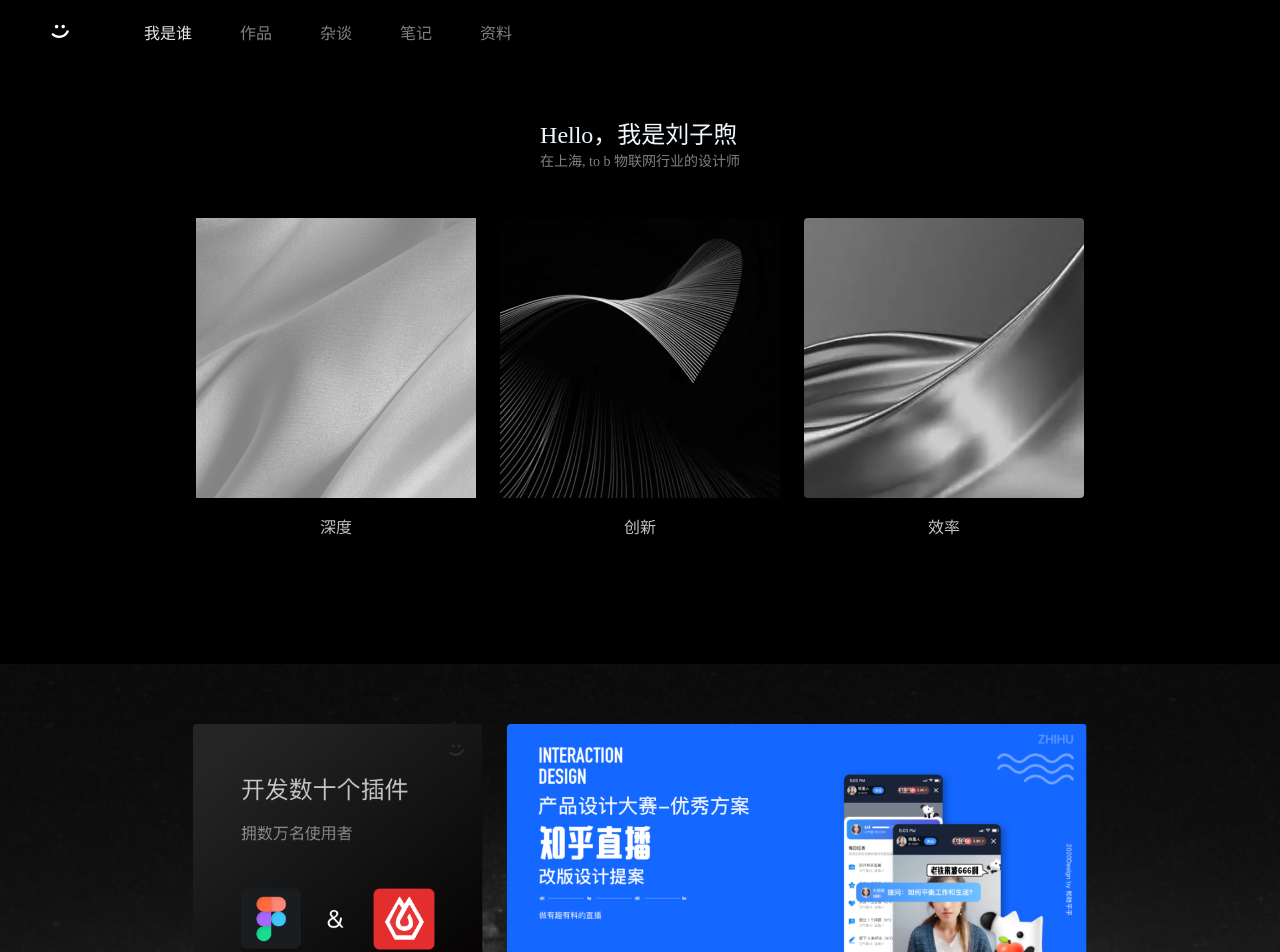
Repository: LiuZixu-aurelio/myblog-Vue
Page: /#/home/who
An editor plug-in stored every save of this project. The page is shown before and after the next save, followed by the edit.
The browser window is 1280 px wide. The pictures show the part of the page from y = 0 to 952 px (the page is 2952 px tall before and 2885 px after).
Backgrounds fixed to the window are drawn as part of the page. The project was rebuilt for these pictures with package versions that can differ from the ones it lists, and the page was loaded fresh each time. Also part of the build but not shown: vue.config.js, src/views/PreView.vue, src/components/cardCom.vue, src/views/project.vue, src/views/talk.vue, src/views/sign.vue, src/views/test.vue, src/components/detailCom.vue.

Above is the page before, as saved 2022-09-09 11:17:34.

After the next save:
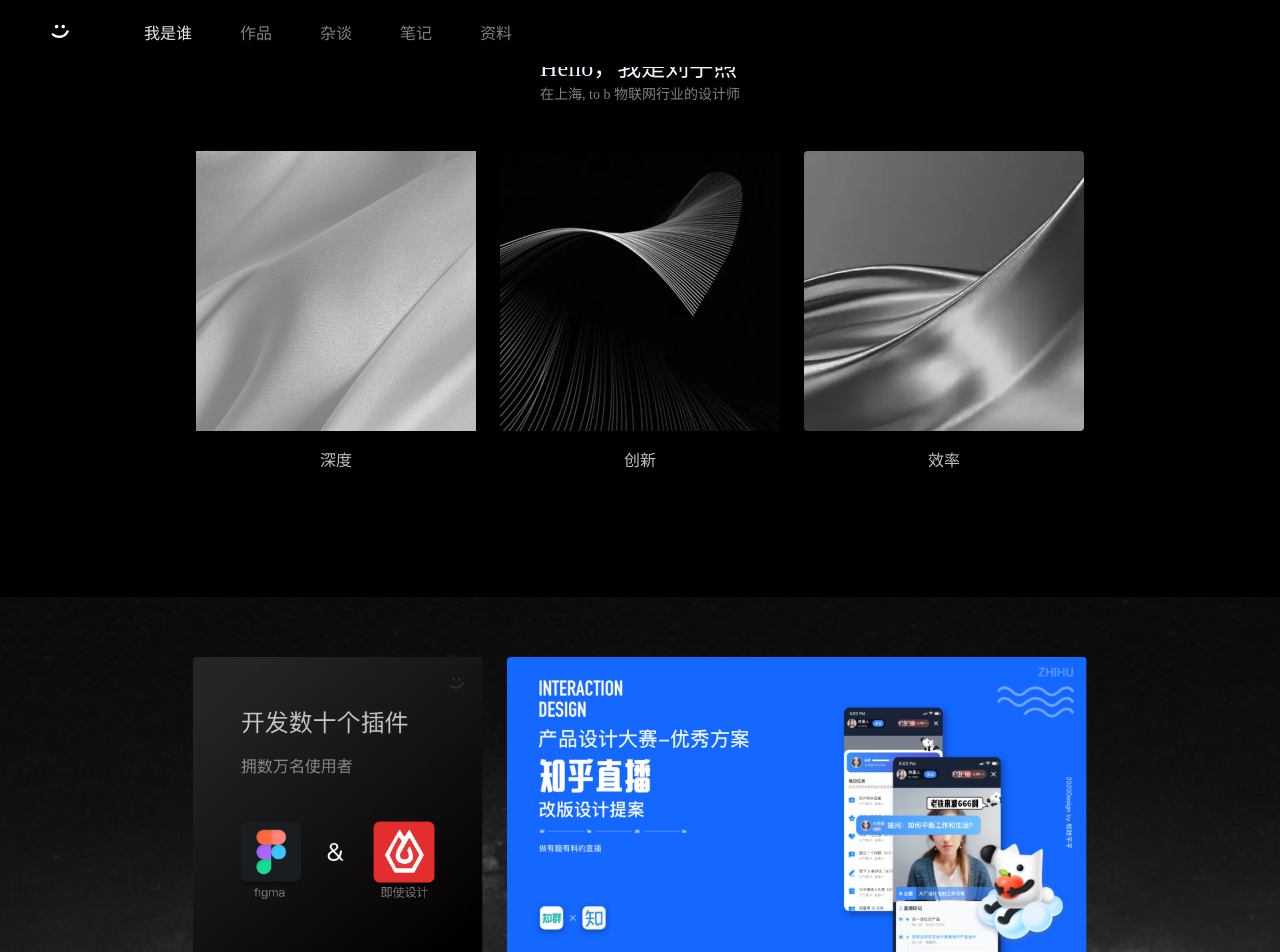
Saved 2 h 7 min later.
--- a/src/App.vue
+++ b/src/App.vue
@@ -6,12 +6,6 @@
 </template>
 
 <script>
-/* window.onmousemove = function (e) {
-  // e是事件对象
-  console.log(document.querySelector('img').style.left)
-  document.querySelector('img').style.left = e.pageX + 20 + 'px'
-  document.querySelector('img').style.top = e.pageY + 20 + 'px'
-} */
 </script>
 
 
@@ -19,12 +13,6 @@
 * {
     cursor:url('../public/Frame9.svg'), auto;;
   }
-
-/* #cursor {
-    position: absolute;
-    left: 0;
-    top: 0;
-} */
 
 body{
   padding: 0px;
@@ -95,6 +83,9 @@
       background-color: black;
       height: 67px;
       line-height: 67px;
+      position: fixed;
+      width: 100%;
+      z-index: 1;
     img {
       margin: 0px 24px;
       position: relative;
@@ -124,7 +115,14 @@
     background-color: rgb(244, 246, 255)
   }
 
-  .whoheigt{height:94vh;
+  .whoheigt{
+        background-color: rgb(244, 246, 255);
+    height: auto;
+    display: flex;
+    align-items: center;
+    flex-wrap: wrap;
+    flex-direction: column;
+    padding-top: 80px;
 
     .whocont{
       width: 92%;
